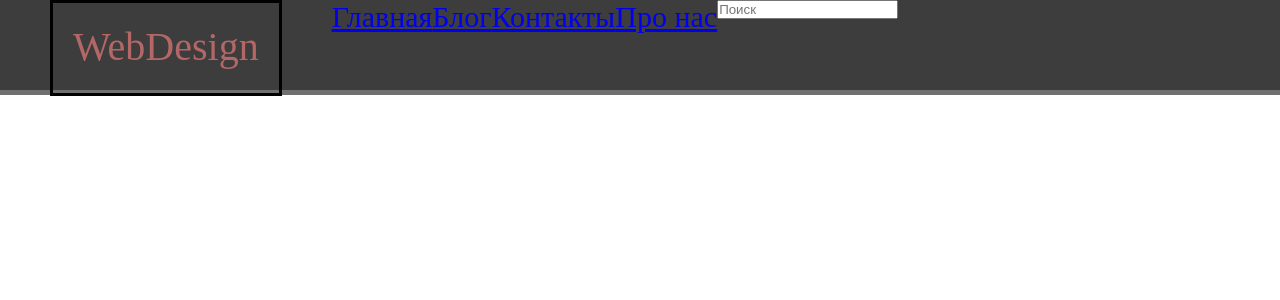
Repository: andbaik/Itprog
Page: index.htm
These files come from the project's save history. The page is drawn as it stood at one moment and after a run of saves; the edit follows.
The browser window is 1280 px wide. The pictures show the whole page.

Above is the page before, as saved 2021-01-19 16:05:45.

### index.htm
<!DOCTYPE html>
<html lang="en">
<head>
    <meta charset="UTF-8">
    <meta name="viewport" content="width=device-width, initial-scale=1.0">
    <link rel="stylesheet" href="css/style.css">
    <title>Моя страница</title>
</head>
<body>
    <div class="header">
        <div class="logo">
            <a href="#">WebDesign</a>
        </div>
        <div class="nav">
                <ul>
                    <li><a href="#">Главная</a></li>
                    <li><a href="#">Блог</a></li>
                    <li><a href="#">Контакты</a></li>
                    <li><a href="#">Про нас</a></li>
                </ul>
        </div>
        <div class="search">
            <form action="" method="POST" id="search" name="search">
                <input type="text" placeholder="Поиск">
            </form>
        </div>
    </div>
</body>
</html>

### css/style.css
* {
    margin: 0;
    padding: 0;
}

.header {
    display: flex;
    vertical-align: center;
    width: 100%;
    height: 90px;
    background-color: #3D3D3D;
    border-bottom: 5px solid #6F6F6F;

}
.logo {
    height: 50px;
    weight: 150px;
    margin: 0px 50px;
    padding: 20px;
    border: 3px solid black;
    vertical-align: center;
}
.logo a{
    color: #B36767;
    text-decoration: none;
    text-align: center;
    font-size: 40px;


}
.nav {
    height: 100%;
    width: 20 px;
    border: ;
}

li{
    color: #fff;
    font-size: 30px;
    list-style-type: none;
    text-decoration: none;
}

.header ul {
    display: flex;
}

After the next 5 saves:
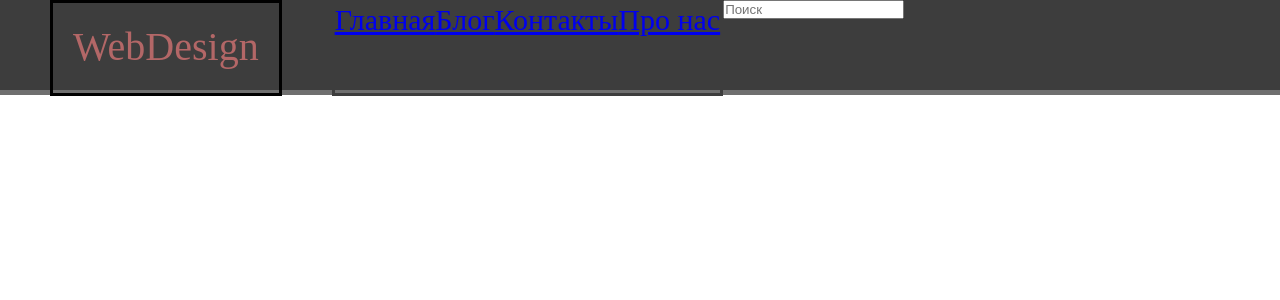
The 5 saves are shown as one change because they came seconds apart.
The last was saved 11 s later.
--- a/css/style.css
+++ b/css/style.css
@@ -31,7 +31,7 @@
 .nav {
     height: 100%;
     width: 20 px;
-    border: ;
+    border: 3px solid #3D3D3D;
 }
 
 li{

After the save that followed:
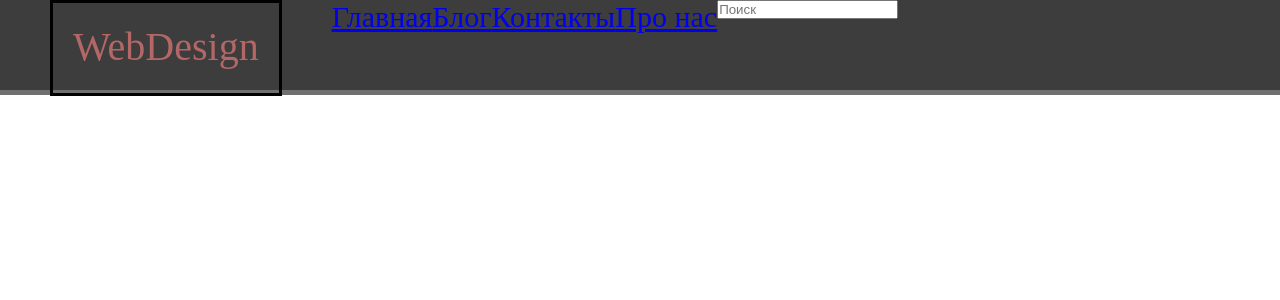
Saved 6 s later.
--- a/css/style.css
+++ b/css/style.css
@@ -31,7 +31,7 @@
 .nav {
     height: 100%;
     width: 20 px;
-    border: 3px solid #3D3D3D;
+    border: 3px solid #;
 }
 
 li{
